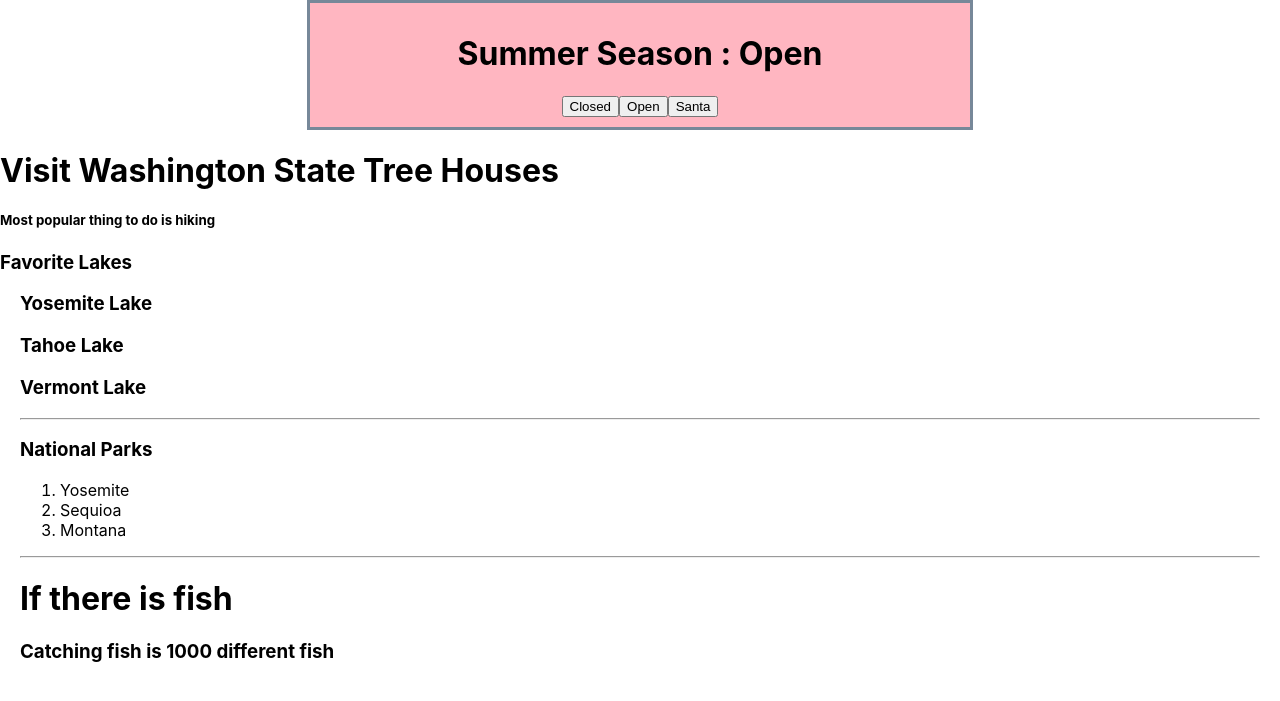
Repository: CaptainStorm21/intro-react-hooks
Page: /
These files come from the project's save history. The page is drawn as it stood at one moment and after a run of saves; the edit follows.
The browser window is 1280 px wide. The pictures show the whole page.
The project was rebuilt for these pictures with package versions that can differ from the ones it lists, and the page was loaded fresh each time. Also part of the build but not shown: src/App.css.

Above is the page before, as saved 2020-05-27 00:26:01.

After the next 2 saves:
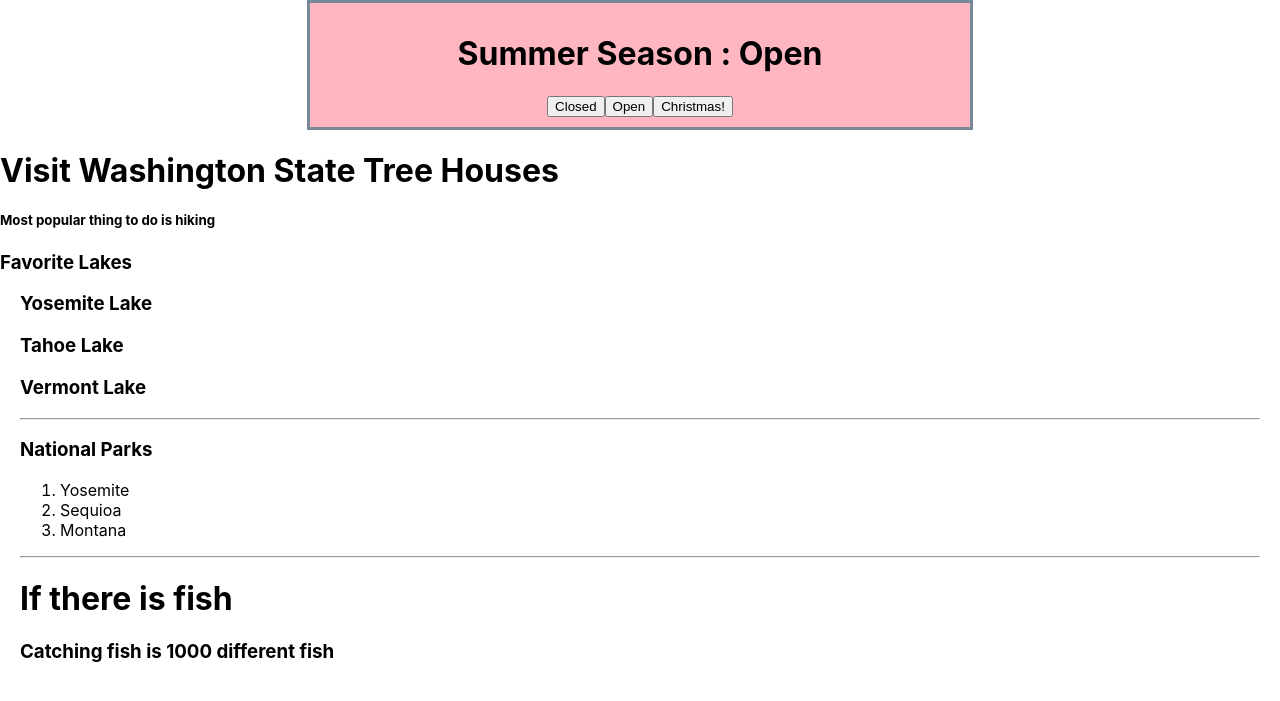
The 2 saves are shown as one change because they came seconds apart.
The last was saved 9 s later.
--- a/src/Fragment.js
+++ b/src/Fragment.js
@@ -23,7 +23,7 @@ function Fragment() {
         <h1>Summer Season : {status}</h1>
         <button onClick={() => setStatus("Closed")}>Closed</button>
         <button onClick={() => setStatus("Open")}>Open</button>
-        <button onClick={() => setStatus("Gone to Santa's!")}>Santa</button>
+        <button onClick={() => setStatus("Gone to Santa's!")}>Christmas!</button>
       </div>
     </>
   );
